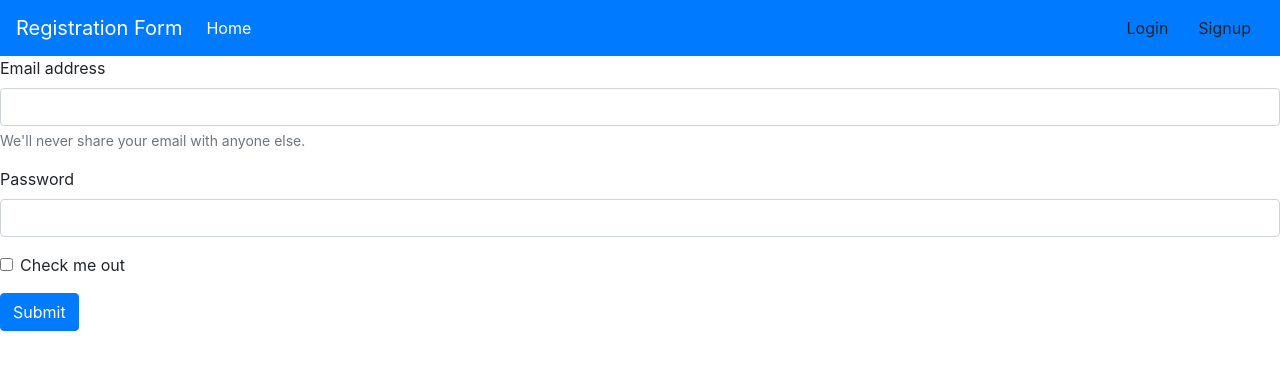
Repository: Avk84120/SBTRagistrationapp
Page: http://localhost/index
The author's editor kept a copy of each file at every save. The page is drawn from the files as they stood at one save, then again after the next save.
The browser window is 1280 px wide. The pictures show the whole page.
The page is this project's Thymeleaf template; nobody is signed in. The template is opened directly, without the code that normally fills it, so the values that code supplies are empty.

Above is the page before, as saved 2022-10-10 06:47:31.

### SBTRagistrationapp/src/main/resources/templates/index.html
<!doctype html>
<html lang="en">
  <head>
    <!-- Required meta tags -->
    <meta charset="utf-8">
    <meta name="viewport" content="width=device-width, initial-scale=1, shrink-to-fit=no">

    <!-- Bootstrap CSS -->
    <link rel="stylesheet" href="https://cdn.jsdelivr.net/npm/bootstrap@4.6.2/dist/css/bootstrap.min.css" integrity="sha384-xOolHFLEh07PJGoPkLv1IbcEPTNtaed2xpHsD9ESMhqIYd0nLMwNLD69Npy4HI+N" crossorigin="anonymous">

    <title>Hello, world!</title>
  </head>
  <body>
  <nav class="navbar navbar-expand-lg navbar-dark bg-primary">
  <a class="navbar-brand" href="#">Registration Form</a>
  <button class="navbar-toggler" type="button" data-toggle="collapse" data-target="#navbarSupportedContent" aria-controls="navbarSupportedContent" aria-expanded="false" aria-label="Toggle navigation">
    <span class="navbar-toggler-icon"></span>
  </button>

  <div class="collapse navbar-collapse" id="navbarSupportedContent">
    <ul class="navbar-nav mr-auto">
      <li class="nav-item active">
        <a class="nav-link" href="#">Home <span class="sr-only">(current)</span></a>
      </li>
      <li class="nav-item">
      </li>

    </ul>
    <form class="form-inline my-2 my-lg-0">
      <a class="btn btn-Light my-2 my-sm-0 mr-1" type="submit">Login</a>
      <a class="btn btn-Light my-2 my-sm-0" type="submit">Signup</a>

    </form>
  </div>
</nav>
<form>
  <div class="form-group">
    <label for="exampleInputEmail1">Email address</label>
    <input type="email" class="form-control" id="exampleInputEmail1" aria-describedby="emailHelp">
    <small id="emailHelp" class="form-text text-muted">We'll never share your email with anyone else.</small>
  </div>
  <div class="form-group">
    <label for="exampleInputPassword1">Password</label>
    <input type="password" class="form-control" id="exampleInputPassword1">
  </div>
  <div class="form-group form-check">
    <input type="checkbox" class="form-check-input" id="exampleCheck1">
    <label class="form-check-label" for="exampleCheck1">Check me out</label>
  </div>
  <button type="submit" class="btn btn-primary">Submit</button>
</form>

    <!-- Optional JavaScript; choose one of the two! -->

    <!-- Option 1: jQuery and Bootstrap Bundle (includes Popper) -->
    <script src="https://cdn.jsdelivr.net/npm/jquery@3.5.1/dist/jquery.slim.min.js" integrity="sha384-DfXdz2htPH0lsSSs5nCTpuj/zy4C+OGpamoFVy38MVBnE+IbbVYUew+OrCXaRkfj" crossorigin="anonymous"></script>
    <script src="https://cdn.jsdelivr.net/npm/bootstrap@4.6.2/dist/js/bootstrap.bundle.min.js" integrity="sha384-Fy6S3B9q64WdZWQUiU+q4/2Lc9npb8tCaSX9FK7E8HnRr0Jz8D6OP9dO5Vg3Q9ct" crossorigin="anonymous"></script>

    <!-- Option 2: Separate Popper and Bootstrap JS -->
    <!--
    <script src="https://cdn.jsdelivr.net/npm/jquery@3.5.1/dist/jquery.slim.min.js" integrity="sha384-DfXdz2htPH0lsSSs5nCTpuj/zy4C+OGpamoFVy38MVBnE+IbbVYUew+OrCXaRkfj" crossorigin="anonymous"></script>
    <script src="https://cdn.jsdelivr.net/npm/popper.js@1.16.1/dist/umd/popper.min.js" integrity="sha384-9/reFTGAW83EW2RDu2S0VKaIzap3H66lZH81PoYlFhbGU+6BZp6G7niu735Sk7lN" crossorigin="anonymous"></script>
    <script src="https://cdn.jsdelivr.net/npm/bootstrap@4.6.2/dist/js/bootstrap.min.js" integrity="sha384-+sLIOodYLS7CIrQpBjl+C7nPvqq+FbNUBDunl/OZv93DB7Ln/533i8e/mZXLi/P+" crossorigin="anonymous"></script>
    -->
  </body>
</html>

After the next save:
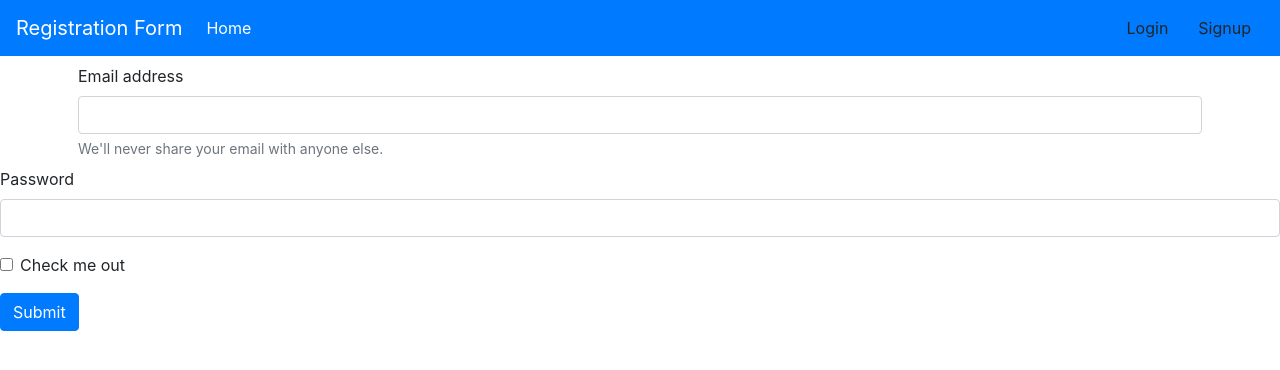
Saved 115 s later.
--- a/SBTRagistrationapp/src/main/resources/templates/index.html
+++ b/SBTRagistrationapp/src/main/resources/templates/index.html
@@ -34,7 +34,7 @@
   </div>
 </nav>
 <form>
-  <div class="form-group">
+  <div class="container p-2">
     <label for="exampleInputEmail1">Email address</label>
     <input type="email" class="form-control" id="exampleInputEmail1" aria-describedby="emailHelp">
     <small id="emailHelp" class="form-text text-muted">We'll never share your email with anyone else.</small>
